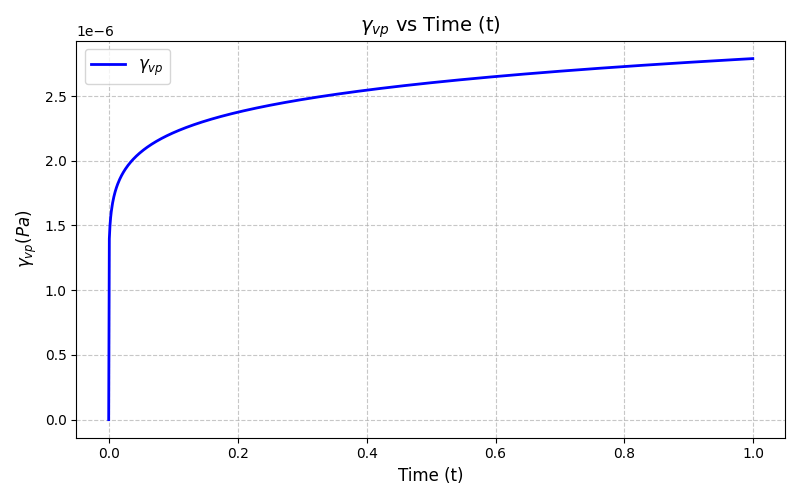
Repository: ajacquey/beaver
Script's output: python examples/viscoelasticity/Lemaitre/Lemaitre_analytical/Lemaitre_analytical.py
These files come from the project's save history. The script's output is drawn as it stood at one moment and after the next save; the edit follows.
Random numbers start from a fixed seed.

Above is the script's output before, as saved 2025-05-28 18:29:44.

### examples/viscoelasticity/Lemaitre/Lemaitre_analytical/Lemaitre_analytical.py
import numpy as np
import matplotlib.pyplot as plt
import csv

def calculate_gamma_vp(t, A_r=1, T_r=289, T=289, q=2, A_2=1, alpha=0.1, beta=1.48):
    """Calculate the analytical solution for gamma_vp"""
    exponent = A_r * ((1 / T_r) - (1 / T))
    numerator = alpha * np.exp(exponent)
    denominator = alpha
    first_term = (numerator / denominator) ** alpha
    second_term = (q / A_2) ** beta
    return (first_term * second_term * (t ** alpha)) * 1e-6 # results converted to Pa

# Time range from 0 to 1 with step 0.1
t_values = np.arange(0, 1.0, 0.001)

# Calculate gamma_vp for each time point
gamma_vp_values = [calculate_gamma_vp(t) for t in t_values]

# --- Save to CSV ---
with open('Lemaitre_analytical.csv', 'w', newline='') as csvfile:
    writer = csv.writer(csvfile)
    writer.writerow(['Time (t)', 'Gamma_vp'])
    for t, gamma in zip(t_values, gamma_vp_values):
        writer.writerow([t, gamma])

# --- Create Plot ---
plt.figure(figsize=(8, 5))
plt.plot(t_values, gamma_vp_values, 'b-', linewidth=2)
plt.legend([r'$\gamma_{vp}$'], loc='upper left', fontsize=12)
plt.title(r'$\gamma_{vp}$ vs Time (t)', fontsize=14)
plt.xlabel('Time (t)', fontsize=12)
plt.ylabel(r'$\gamma_{vp} (Pa)$', fontsize=12)
plt.grid(True, linestyle='--', alpha=0.7)
plt.tight_layout()

# Save and show plot
plt.savefig('Lemaitre_analytical.png', dpi=300)
plt.show()

print("Results saved to:")
print("- CSV file: 'Lemaitre_analytical.csv'")
print("- Plot: 'Lemaitre_analytical.png'")

After the next save:
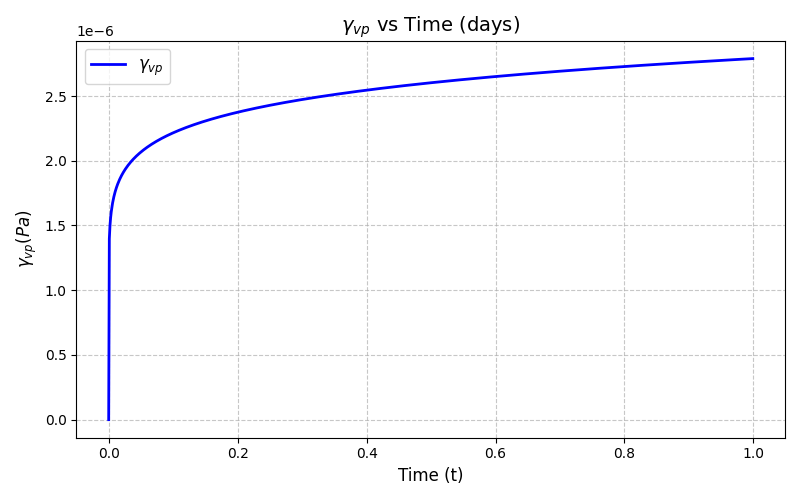
Saved 3 min 36 s later.
--- a/examples/viscoelasticity/Lemaitre/Lemaitre_analytical/Lemaitre_analytical.py
+++ b/examples/viscoelasticity/Lemaitre/Lemaitre_analytical/Lemaitre_analytical.py
@@ -28,7 +28,7 @@ with open('Lemaitre_analytical.csv', 'w', newline='') as csvfile:
 plt.figure(figsize=(8, 5))
 plt.plot(t_values, gamma_vp_values, 'b-', linewidth=2)
 plt.legend([r'$\gamma_{vp}$'], loc='upper left', fontsize=12)
-plt.title(r'$\gamma_{vp}$ vs Time (t)', fontsize=14)
+plt.title(r'$\gamma_{vp}$ vs Time (days)', fontsize=14)
 plt.xlabel('Time (t)', fontsize=12)
 plt.ylabel(r'$\gamma_{vp} (Pa)$', fontsize=12)
 plt.grid(True, linestyle='--', alpha=0.7)
